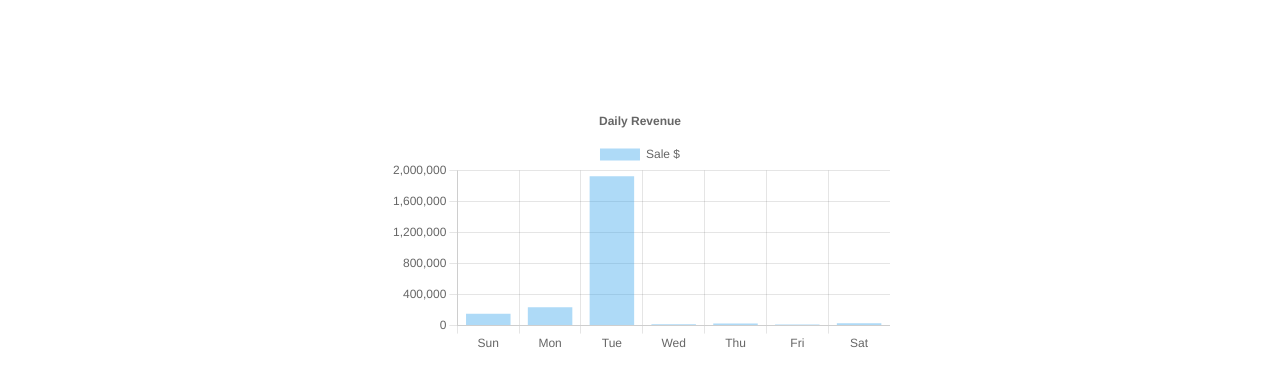
Repository: k8ANStar/exercise-5
Page: /
These files come from the project's save history. The page is drawn as it stood at one moment and after a run of saves; the edit follows.
The browser window is 1280 px wide. The pictures show the whole page.
The project was rebuilt for these pictures with package versions that can differ from the ones it lists, and the page was loaded fresh each time. The framework's server and built-in components were replaced by stand-ins that run in the browser. Also part of the build but not shown: next.config.mjs.

Above is the page before, as saved 2024-04-15 10:06:15.

### pages/index.js
import styles from "@/styles/Home.module.css";
import VerticalChart from "@/components/VerticalChart";

export default function Home() {
	return (
		<>
			<main className={`${styles.main} `}>
				<VerticalChart />
			</main>
		</>
	);
}

### styles/Home.module.css
.main {
	display: flex;
	flex-direction: column;
	justify-content: space-between;
	align-items: center;
	padding: 6rem;
	min-height: 20vh;
}

### components/VerticalChart/index.js
import styles from "./VerticalChart.module.css";
import { Bar } from "react-chartjs-2";
import {
	Chart as ChartJS,
	CategoryScale,
	LinearScale,
	BarElement,
	Title,
	Tooltip,
	Legend,
} from "chart.js";

import { useEffect, useState } from "react";

ChartJS.register(
	CategoryScale,
	LinearScale,
	BarElement,
	Title,
	Tooltip,
	Legend
);

export default function VerticalChart() {
	const [chartData, setChartData] = useState({
		datasets: [],
	});
	const [chartOptions, setChartOptions] = useState({});

	useEffect(() => {
		setChartData({
			labels: ["Sun", "Mon", "Tue", "Wed", "Thu", "Fri", "Sat"],
			datasets: [
				{
					label: "Sale $",
					data: [152340, 235256, 1924445, 16243, 28456, 14326, 31000],
					borderColor: "rgb(53, 162, 235)",
					backgroundColor: "rgb(53, 162, 235, 0.4)",
				},
			],
		});

		setChartOptions({
			plugins: {
				legend: {
					postion: "top",
				},
				title: {
					display: true,
					text: "Daily Revenue",
				},
			},
			maintainAspectRatio: false,
			responsive: true,
		});
	}, []);

	return (
		<div>
			<Bar
				data={chartData}
				options={chartOptions}
				style={{ width: "500px", height: "300px" }}
			/>
		</div>
	);
}

Loaded but not shown: pages/_app.js (common file); pages/_document.js (common file); styles/globals.css (common file); components/VerticalChart/VerticalChart.module.css (no stored copy; drawn as an empty file)

After the next 2 saves:
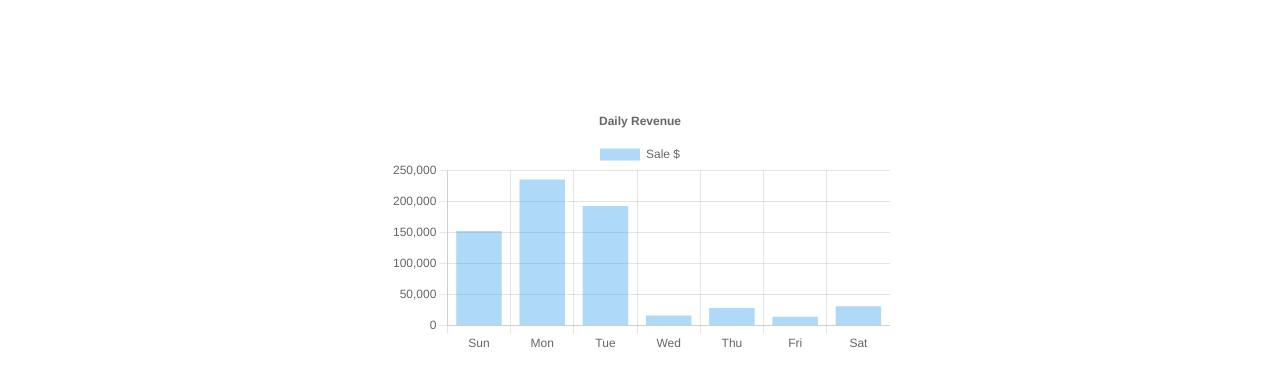
The 2 saves are shown as one change because they came seconds apart.
The last was saved 7 s later.
--- a/components/VerticalChart/index.js
+++ b/components/VerticalChart/index.js
@@ -33,7 +33,7 @@ export default function VerticalChart() {
 			datasets: [
 				{
 					label: "Sale $",
-					data: [152340, 235256, 1924445, 16243, 28456, 14326, 31000],
+					data: [152340, 235256, 192455, 16243, 28456, 14326, 31000],
 					borderColor: "rgb(53, 162, 235)",
 					backgroundColor: "rgb(53, 162, 235, 0.4)",
 				},
